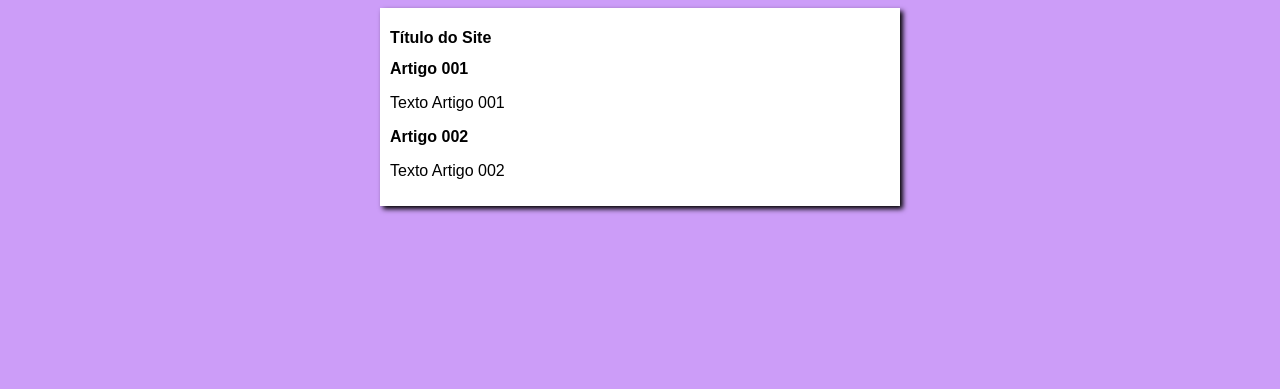
Repository: AnthonyLuanSantos/projeto-site
Page: index.html
An editor plug-in stored every save of this project. The page is shown before and after a run of saves, followed by the edit.
The browser window is 1280 px wide. The pictures show the whole page.

Above is the page before, as saved 2024-08-18 20:52:03.

### index.html
<!DOCTYPE html>
<html lang="pt-br">
<head>
    <meta charset="UTF-8">
    <meta name="viewport" content="width=device-width, initial-scale=1.0">
    <title>Site do Luan</title>
    <link rel="stylesheet" href="style.css">
</head>
<body>
    <main>
        <header>
            <h1>Título do Site</h1>
        </header>
        <article>
            <h2>Artigo 001</h2>
            <p>Texto Artigo 001</p>
        </article>
        <article>
            <h2>Artigo 002</h2>
            <p>Texto Artigo 002</p>
        </article>
    </main>
</body>
</html>

### style.css
*{
    font-family: Arial, Helvetica, sans-serif;
    font-size: 16px;
}
body{
    background-color: rgb(204,157,248);
}
main{
    background-color: white;
    width: 500px;
    margin: auto;
    padding: 10px;
    box-shadow: 3px 3px 5px rgba(0, 0, 0, 473);
}

After the next 4 saves:
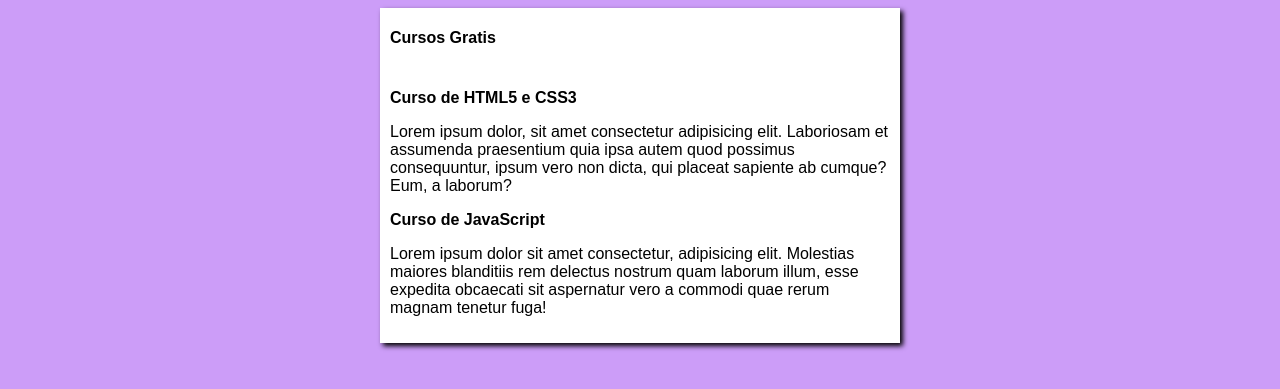
The 4 saves are shown as one change because they came seconds apart.
The last was saved 26 h 22 min later.
--- a/index.html
+++ b/index.html
@@ -9,15 +9,16 @@
 <body>
     <main>
         <header>
-            <h1>Título do Site</h1>
+            <h1>Cursos Gratis</h1>
+            <img>
         </header>
         <article>
-            <h2>Artigo 001</h2>
-            <p>Texto Artigo 001</p>
+            <h2>Curso de HTML5 e CSS3</h2>
+            <p>Lorem ipsum dolor, sit amet consectetur adipisicing elit. Laboriosam et assumenda praesentium quia ipsa autem quod possimus consequuntur, ipsum vero non dicta, qui placeat sapiente ab cumque? Eum, a laborum?</p>
         </article>
         <article>
-            <h2>Artigo 002</h2>
-            <p>Texto Artigo 002</p>
+            <h2>Curso de JavaScript</h2>
+            <p>Lorem ipsum dolor sit amet consectetur, adipisicing elit. Molestias maiores blanditiis rem delectus nostrum quam laborum illum, esse expedita obcaecati sit aspernatur vero a commodi quae rerum magnam tenetur fuga!</p>
         </article>
     </main>
 </body>
